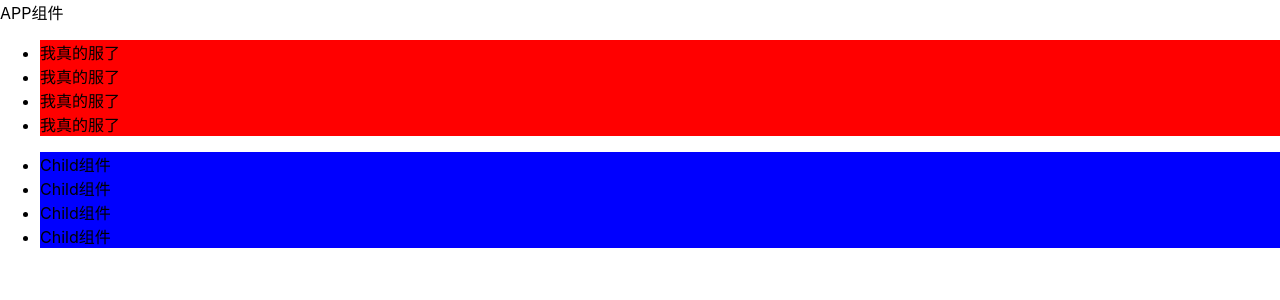
Repository: pagelam97/React-Test-Project
Page: /#/.
The author's editor kept a copy of each file at every save. The page is drawn from the files as they stood at one save, then again after a run of saves.
The browser window is 1280 px wide. The pictures show the whole page.
The project was rebuilt for these pictures with package versions that can differ from the ones it lists, and the page was loaded fresh each time.

Above is the page before, as saved 2022-09-01 16:07:16.

### src/index.js
import React from 'react';
import ReactDOM from 'react-dom/client';
import './index.css';
import App from './App';
// import reportWebVitals from './reportWebVitals';

const root = ReactDOM.createRoot(document.getElementById('root'));
root.render(
 // <React.StrictMode>

    <App />

  //</React.StrictMode>
);

// If you want to start measuring performance in your app, pass a function
// to log results (for example: reportWebVitals(console.log))
// or send to an analytics endpoint. Learn more: https://bit.ly/CRA-vitals
// reportWebVitals();

### src/App.js
import  style from './App.module.css';
import { useEffect } from 'react';
import axios from 'axios';

import Child from './Child';

function App() {

  // useEffect(()=>{
  // axios({
  //   method:'get',
  //   url:`ajax/moreCinemas?movieId=0&day=2022-09-01&offset=0&limit=20&districtId=-1&lineId=-1&hallType=-1&brandId=-1&serviceId=
  //   -1&areaId=-1&stationId=-1&item=&updateShowDay=true&reqId=1662017357743&cityId=562&optimus_uuid=BC9EFC4029C711ED8B46250E871F
  //   BE3306AB1A39AFF941C58F5D6BC13A477048&optimus_risk_level=71&optimus_code=10`
  // }).then(res=>{console.log(res);})
  // },[])




  return (
    <div className="App">
      APP组件

      <ul className={style.appStyle}>
        <li>
          我真的服了
        </li>
        <li>
          我真的服了
        </li>
        <li>
          我真的服了
        </li>
        <li>
          我真的服了
        </li>
      </ul>
<Child/>

    </div>
  );
}

export default App;

### src/App.module.css
.appStyle li {
  background-color: red
}

### src/Child.js
import React from 'react'
import style from './Child.module.css'

console.log(style);

export default function Child() {
    return (
        <div>
            <ul className={style.childStyle}>
                <li>Child组件</li>
                <li>Child组件</li>
                <li>Child组件</li>
                <li>Child组件</li>
            </ul>

        </div>
    )
}

### src/Child.module.css
.childStyle li{
    background-color: blue;
}

### src/Child.module.scss




.childStyle{
background-color: blue;

}

Loaded but not shown: public/index.html (common file); src/index.css (common file)

After the next 5 saves:
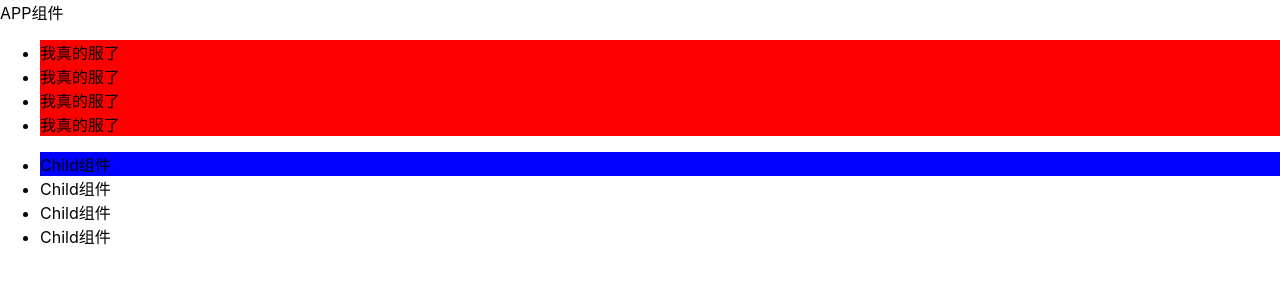
The 5 saves are shown as one change because 4 did not build or start.
The last was saved 3 min 45 s later.
--- a/src/Child.js
+++ b/src/Child.js
@@ -1,13 +1,13 @@
 import React from 'react'
-import style from './Child.module.css'
+import style from './Child.module.scss'
 
 console.log(style);
 
 export default function Child() {
     return (
         <div>
-            <ul className={style.childStyle}>
-                <li>Child组件</li>
+            <ul >
+                <li className={style.childStyle}>Child组件</li>
                 <li>Child组件</li>
                 <li>Child组件</li>
                 <li>Child组件</li>
